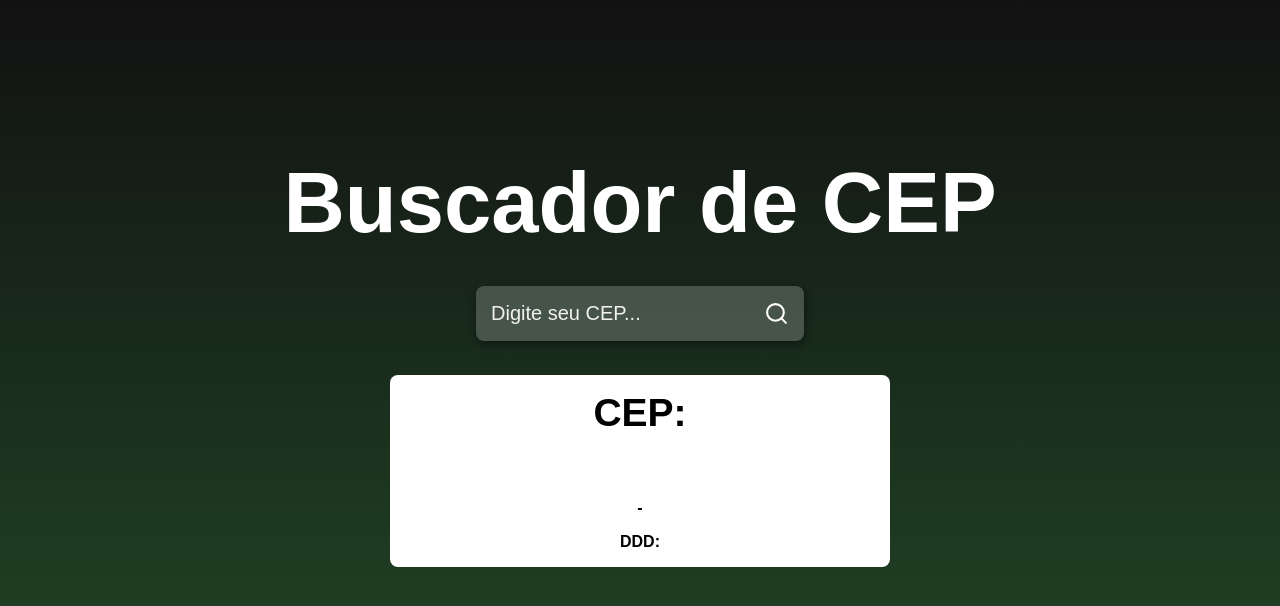
Repository: guipolo09/buscador-de-cep
Page: /
An editor plug-in stored every save of this project. The page is shown before and after the next save, followed by the edit.
The browser window is 1280 px wide. The pictures show the whole page.
The project was rebuilt for these pictures with package versions that can differ from the ones it lists, and the page was loaded fresh each time.

Above is the page before, as saved 2022-06-26 12:36:20.

After the next save:
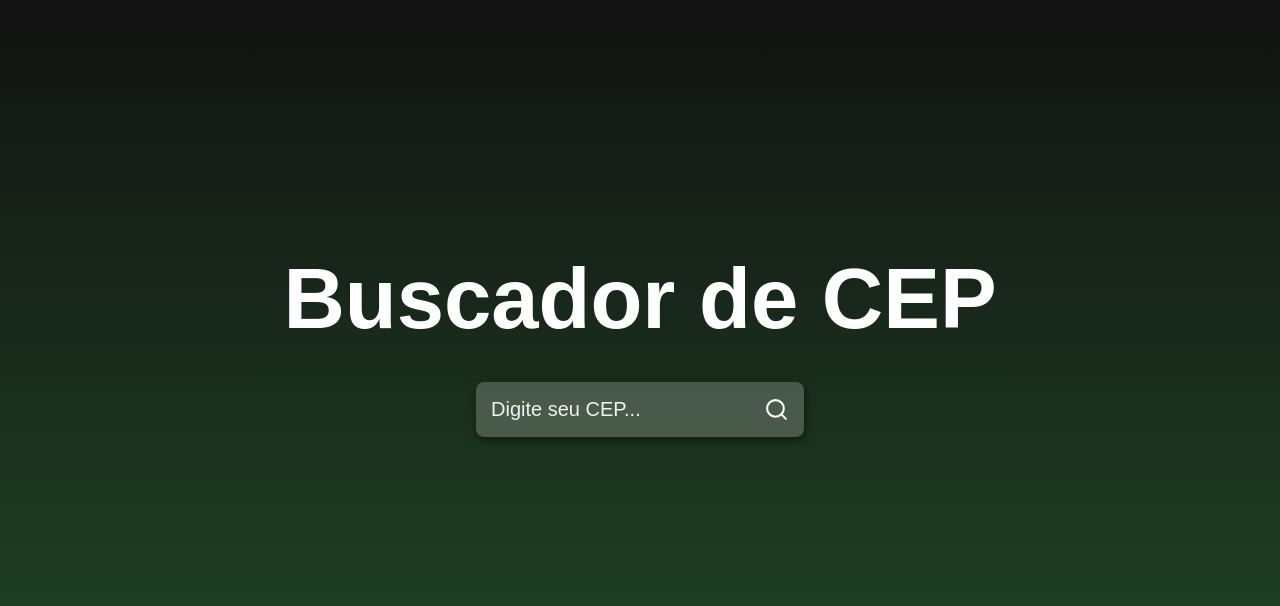
Saved 6 min 9 s later.
--- a/src/App.js
+++ b/src/App.js
@@ -36,16 +36,18 @@ function App() {
           <FiSearch size={25} color="#fff" />
         </button>
       </div>
-      <main className="main">
-        <h2>CEP: {cep.cep}</h2>
-        <span>{cep.logradouro}</span>
-        <span>{cep.complemento}</span>
-        <span>{cep.bairro}</span>
-        <span>
-          {cep.localidade} - {cep.uf}
-        </span>
-        <span>DDD: {cep.ddd}</span>
-      </main>
+      {Object.keys(cep).length > 0 && (
+        <main className="main">
+          <h2>CEP: {cep.cep}</h2>
+          <span>{cep.logradouro}</span>
+          <span>{cep.complemento}</span>
+          <span>{cep.bairro}</span>
+          <span>
+            {cep.localidade} - {cep.uf}
+          </span>
+          <span>DDD: {cep.ddd}</span>
+        </main>
+      )}
     </div>
   );
 }
